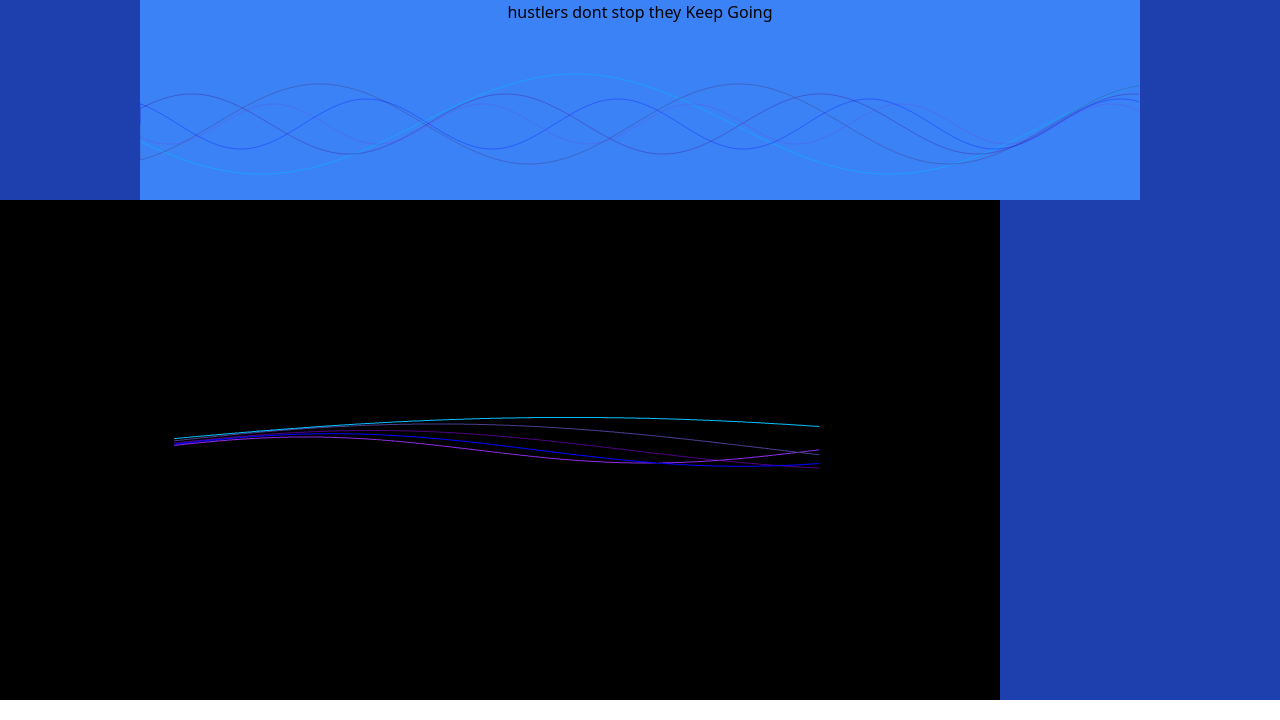
Repository: TMuse333/quantum-experiments
Page: /
An editor plug-in stored every save of this project. The page is shown before and after the next save, followed by the edit.
The browser window is 1280 px wide. The pictures show the whole page.
The project was rebuilt for these pictures with package versions that can differ from the ones it lists, and the page was loaded fresh each time. Also part of the build but not shown: vite.config.ts.

Above is the page before, as saved 2024-06-08 18:25:07.

### src/App.tsx
import { useState } from 'react'
import reactLogo from './assets/react.svg'
import viteLogo from '/vite.svg'
import './App.css'
import SineWave from './components/sineWave/sineWave'
import ThreeJSWave from './components/sineWave/threeeJsWave/threeJsWave'

function App() {
  const [count, setCount] = useState(0)

  return (
    <>
    <div className='bg-blue-800 absolute top-0 left-0
    flex items-center flex-col justify-center w-screen'>


     <SineWave/>
     <ThreeJSWave/>
     </div>
    </>
  )
}

export default App

### src/components/sineWave/sineWave.tsx
import React, { useRef, useEffect } from 'react';

const SineWave: React.FC = () => {
  const canvasRef = useRef<HTMLCanvasElement | null>(null);

  useEffect(() => {
    const canvas = canvasRef.current;
    if (!canvas) return;

    const c = canvas.getContext('2d');
    if (!c) return;

    const waves = [
      {
        amplitude: 50,
        frequency: 0.01,
        speed: 0.02,
        xOffset: 0,
        color: 'rgba(0, 191, 255, 0.5)', // Sky Blue
      },
      {
        amplitude: 30,
        frequency: 0.02,
        speed: 0.03,
        xOffset: 0,
        color: 'rgba(75, 0, 130, 0.3)', // Indigo
      },
      {
        amplitude: 20,
        frequency: 0.03,
        speed: 0.04,
        xOffset: 0,
        color: 'rgba(138, 43, 226, 0.2)', // Blue Violet
      },
      {
        amplitude: 40,
        frequency: 0.015,
        speed: 0.025,
        xOffset: 0,
        color: 'rgba(72, 61, 139, 0.4)', // Dark Slate Blue
      },
      {
        amplitude: 25,
        frequency: 0.025,
        speed: 0.035,
        xOffset: 0,
        color: 'rgba(0, 0, 255, 0.3)', // Blue
      },
    ];

    const resizeHandler = () => {
      canvas.width = canvas.parentElement?.clientWidth ?? window.innerWidth;
      canvas.height = canvas.parentElement?.clientHeight ?? window.innerHeight;
    };

    window.addEventListener('resize', resizeHandler);
    resizeHandler();

    const draw = () => {
      c.clearRect(0, 0, canvas.width, canvas.height);
      waves.forEach((wave) => {
        c.beginPath();
        c.moveTo(0, canvas.height / 2);
        for (let x = 0; x < canvas.width; x++) {
          const y = canvas.height / 2 + Math.sin(x * wave.frequency + wave.xOffset) * wave.amplitude;
          c.lineTo(x, y);
        }
        c.strokeStyle = wave.color;
        c.stroke();
        wave.xOffset += wave.speed;
      });
      requestAnimationFrame(draw);
    };

    draw();

    return () => {
      window.removeEventListener('resize', resizeHandler);
    };
  }, []);

  return (
    <div className='w-screen bg-blue-500 relative h-[200px] max-w-[1000px] ml-auto mr-auto'>
        <h1>hustlers dont stop they Keep Going</h1>
      <canvas className='h-full w-full' ref={canvasRef} />
    </div>
  );
};

export default SineWave;

### src/components/sineWave/threeeJsWave/threeJsWave.tsx
import React, { useRef, useEffect } from 'react';
import * as THREE from 'three';

const ThreeJSWave: React.FC = () => {
  const containerRef = useRef<HTMLDivElement | null>(null);
  const frameId = useRef<number | null>(null);

  useEffect(() => {
    const container = containerRef.current;
    if (!container) return;

    const scene = new THREE.Scene();
    const camera = new THREE.PerspectiveCamera(75, container.clientWidth / container.clientHeight, 0.1, 1000);
    const renderer = new THREE.WebGLRenderer({ antialias: true });

    renderer.setSize(container.clientWidth, container.clientHeight);
    container.appendChild(renderer.domElement);

    camera.position.z = 5;

    // Create waves
    const createWaveMesh = (amplitude: number, frequency: number, color: number, segments: number) => {
      const geometry = new THREE.BufferGeometry();
      const positions = new Float32Array(segments * 3);

      for (let i = 0; i < segments; i++) {
        positions[i * 3] = (i / segments) * 10 - 5; // x
        positions[i * 3 + 1] = 0; // y
        positions[i * 3 + 2] = 0; // z
      }

      geometry.setAttribute('position', new THREE.BufferAttribute(positions, 3));

      const material = new THREE.LineBasicMaterial({ color });
      const line = new THREE.Line(geometry, material);

      return { line, amplitude, frequency, offset: 0 };
    };

    const waves = [
      createWaveMesh(0.5, 0.02, 0x00bfff, 100), // Sky Blue
      createWaveMesh(0.3, 0.04, 0x4b0082, 100), // Indigo
      createWaveMesh(0.2, 0.06, 0x8a2be2, 100), // Blue Violet
      createWaveMesh(0.4, 0.03, 0x483d8b, 100), // Dark Slate Blue
      createWaveMesh(0.25, 0.05, 0x0000ff, 100), // Blue
    ];

    waves.forEach(wave => scene.add(wave.line));

    const animate = () => {
      waves.forEach(wave => {
        const positions = wave.line.geometry.attributes.position.array as Float32Array;
        for (let i = 0; i < positions.length / 3; i++) {
          positions[i * 3 + 1] = Math.sin(i * wave.frequency + wave.offset) * wave.amplitude;
        }
        wave.line.geometry.attributes.position.needsUpdate = true;
        wave.offset += 0.02; // Speed
      });

      renderer.render(scene, camera);
      frameId.current = requestAnimationFrame(animate);
    };

    animate();

    const handleResize = () => {
      if (container) {
        camera.aspect = container.clientWidth / container.clientHeight;
        camera.updateProjectionMatrix();
        renderer.setSize(container.clientWidth, container.clientHeight);
      }
    };

    window.addEventListener('resize', handleResize);

    return () => {
      if (frameId.current !== null) {
        cancelAnimationFrame(frameId.current);
      }
      window.removeEventListener('resize', handleResize);
      container.removeChild(renderer.domElement);
    };
  }, []);

  return (
    <div className='w-screen '>


    <div className='w-full h-[500px] max-w-[1000px] mr-auto bg-red-400' ref={containerRef}>

    </div>
    </div>
  );
};

export default ThreeJSWave;

Loaded but not shown: index.html (common file); src/main.tsx (common file); src/index.css (common file); src/App.css (common file); tailwind.config.js (common file)

After the next save:
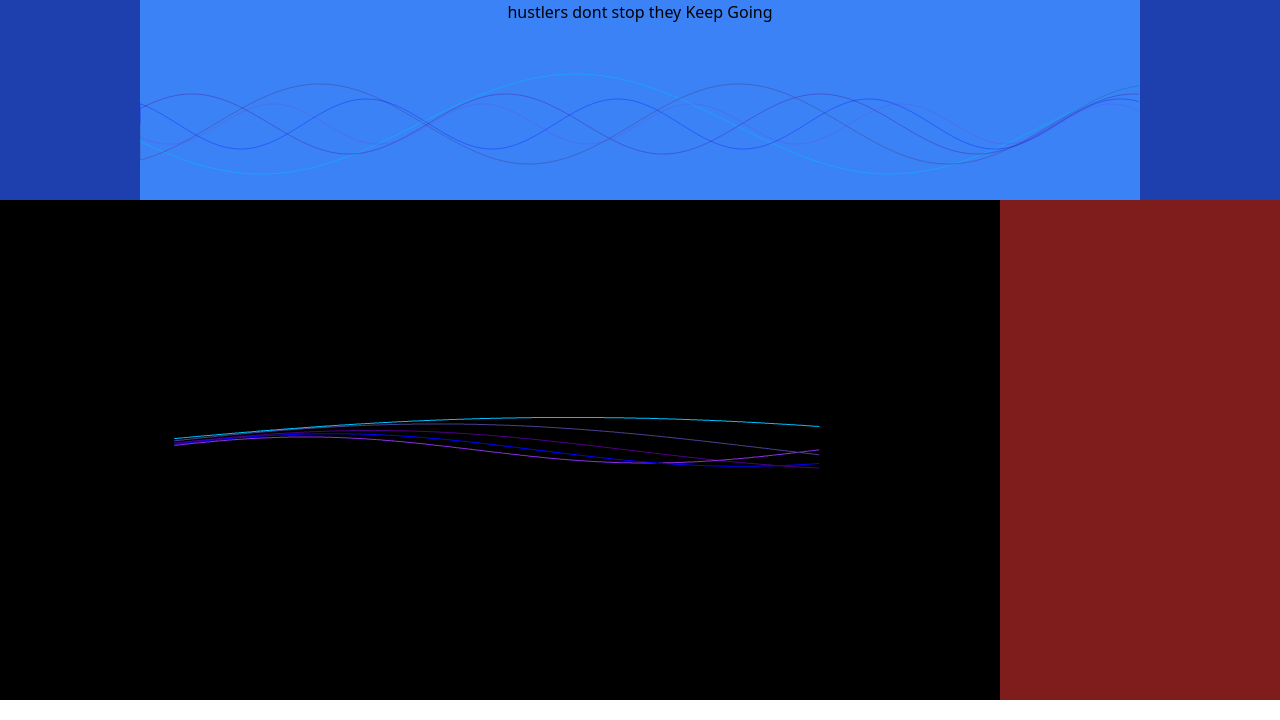
Saved 4 s later.
--- a/src/components/sineWave/threeeJsWave/threeJsWave.tsx
+++ b/src/components/sineWave/threeeJsWave/threeJsWave.tsx
@@ -83,7 +83,7 @@ const ThreeJSWave: React.FC = () => {
   }, []);
 
   return (
-    <div className='w-screen '>
+    <div className='w-screen bg-red-900'>
 
 
     <div className='w-full h-[500px] max-w-[1000px] mr-auto bg-red-400' ref={containerRef}>
